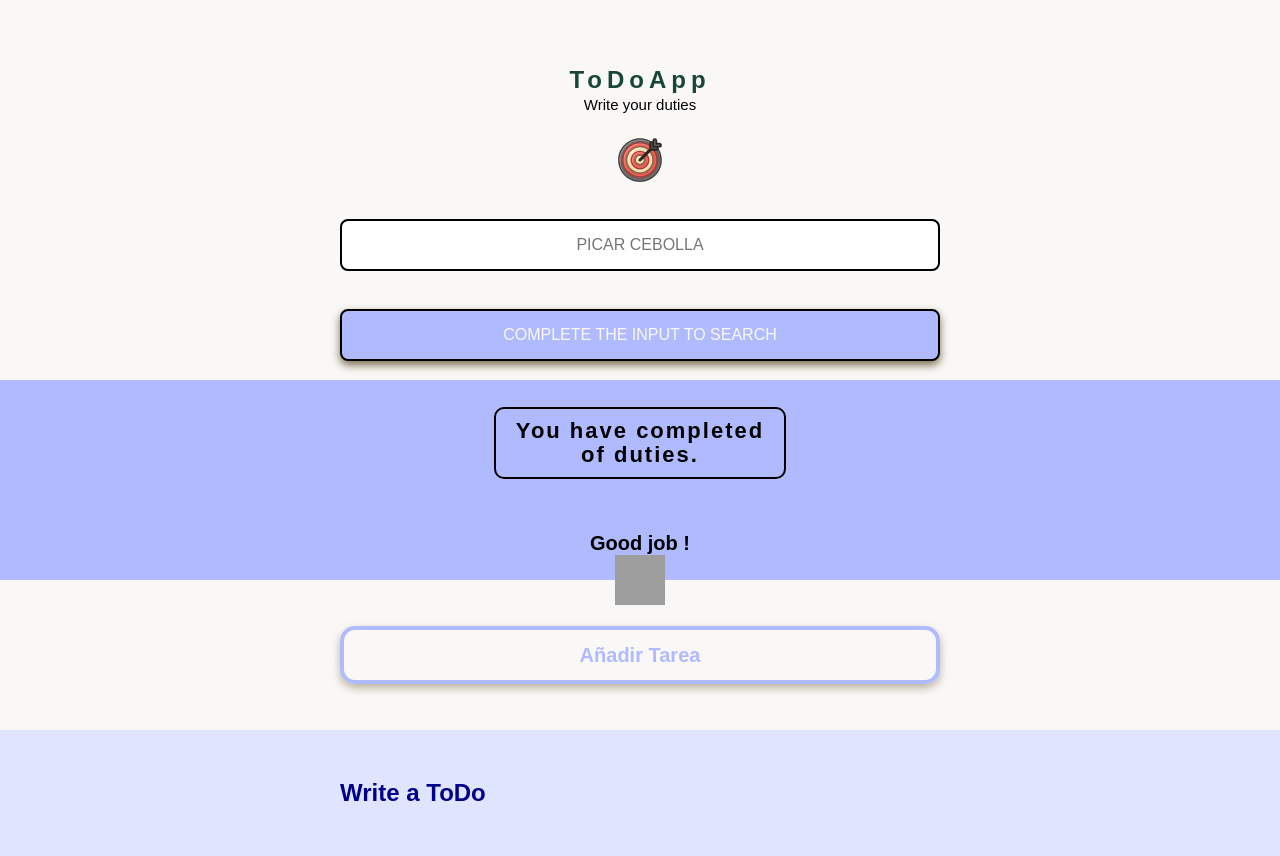
Repository: ChristianGecchelin/to-do-app
Page: /
An editor plug-in stored every save of this project. The page is shown before and after the next save, followed by the edit.
The browser window is 1280 px wide. The pictures show the whole page.
Pictures or frames that could not be fetched are drawn as grey boxes. The project was rebuilt for these pictures with package versions that can differ from the ones it lists, and the page was loaded fresh each time. Also part of the build but not shown: src/ToDoItem.js, src/Modal/Modal.css, src/Modal/index.js, src/TodoForm/TodoForm.css, src/TodoForm/index.js.

Above is the page before, as saved 2022-01-17 14:29:18.

After the next save:
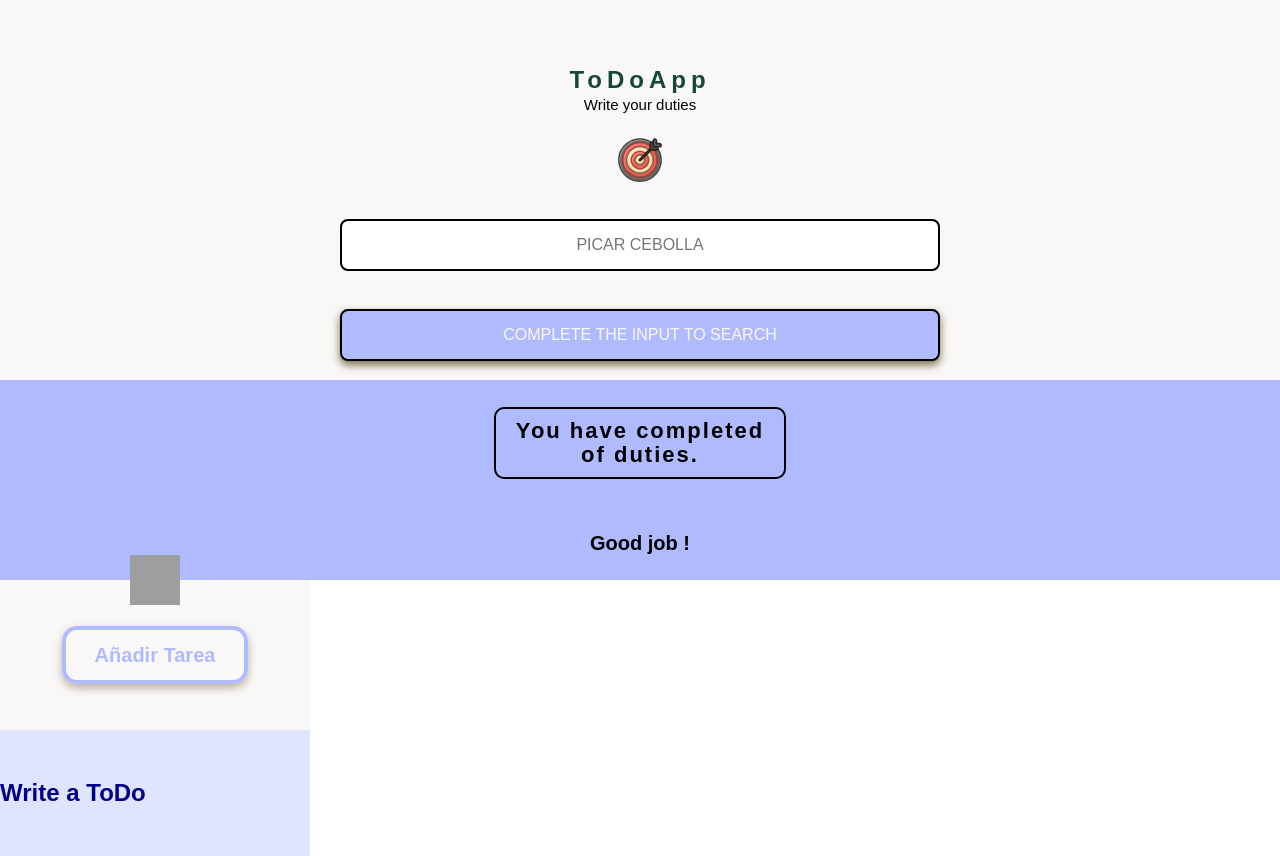
Saved 63 s later.
--- a/src/App/AppUI.js
+++ b/src/App/AppUI.js
@@ -31,27 +31,30 @@ function AppUI() {
       {/* a todos les paso las props. todo lo que escribo al lado del componente son props */}
       <section className="main-container">
         <ToDoCounter />
+        <section>
+          <CreateToDoButton setOpenModal={setOpenModal} openModal={openModal} />
+          <ToDoList>
+            {/* declaro tres variables, que luego van a presentar tres situaciones distintas.
+        la tercera significa, si loading es false(ya cargó) y el array es vacio muestro ese mensaje */}
+            {error && (
+              <p className="alternative-text">Ups something happen...</p>
+            )}
+            {loading && <p className="alternative-text">Loading...</p>}
+            {!loading && !searchedTodos.length && (
+              <p className="alternative-text">Write a ToDo</p>
+            )}
 
-        <CreateToDoButton setOpenModal={setOpenModal} openModal={openModal} />
-        <ToDoList>
-          {/* declaro tres variables, que luego van a presentar tres situaciones distintas.
-        la tercera significa, si loading es false(ya cargó) y el array es vacio muestro ese mensaje */}
-          {error && <p className="alternative-text">Ups something happen...</p>}
-          {loading && <p className="alternative-text">Loading...</p>}
-          {!loading && !searchedTodos.length && (
-            <p className="alternative-text">Write a ToDo</p>
-          )}
-
-          {searchedTodos.map((todo) => (
-            <ToDoItem
-              key={todo.id}
-              text={todo.text}
-              completed={todo.completed}
-              onComplete={() => completeTodo(todo.id)}
-              onDelete={() => deleteTodo(todo.id)}
-            />
-          ))}
-        </ToDoList>
+            {searchedTodos.map((todo) => (
+              <ToDoItem
+                key={todo.id}
+                text={todo.text}
+                completed={todo.completed}
+                onComplete={() => completeTodo(todo.id)}
+                onDelete={() => deleteTodo(todo.id)}
+              />
+            ))}
+          </ToDoList>
+        </section>
       </section>
       {openModal && (
         <Modal>
